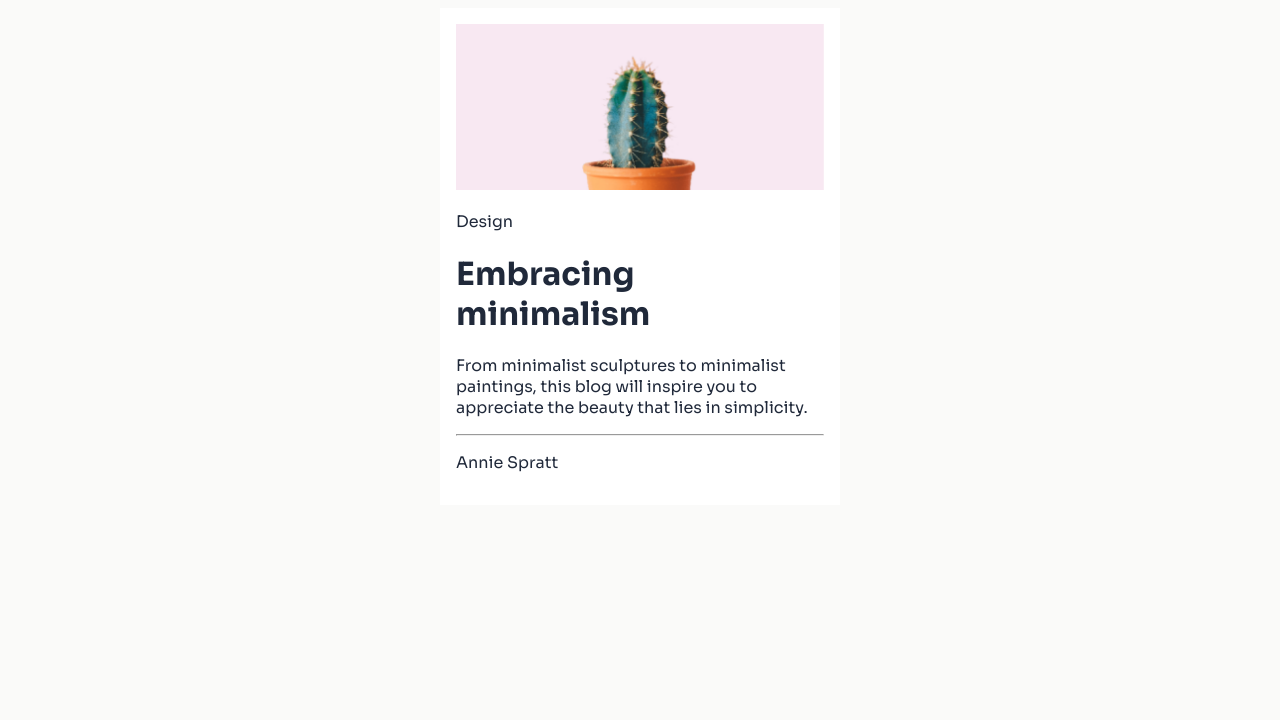
Repository: PCGP22/devChallengesio
Page: 01 - Minimal Blog Card/blogCard.html
An editor plug-in stored every save of this project. The page is shown before and after the next save, followed by the edit.
The browser window is 1280 px wide. The pictures show the whole page.

Above is the page before, as saved 2024-01-01 19:52:30.

After the next save:
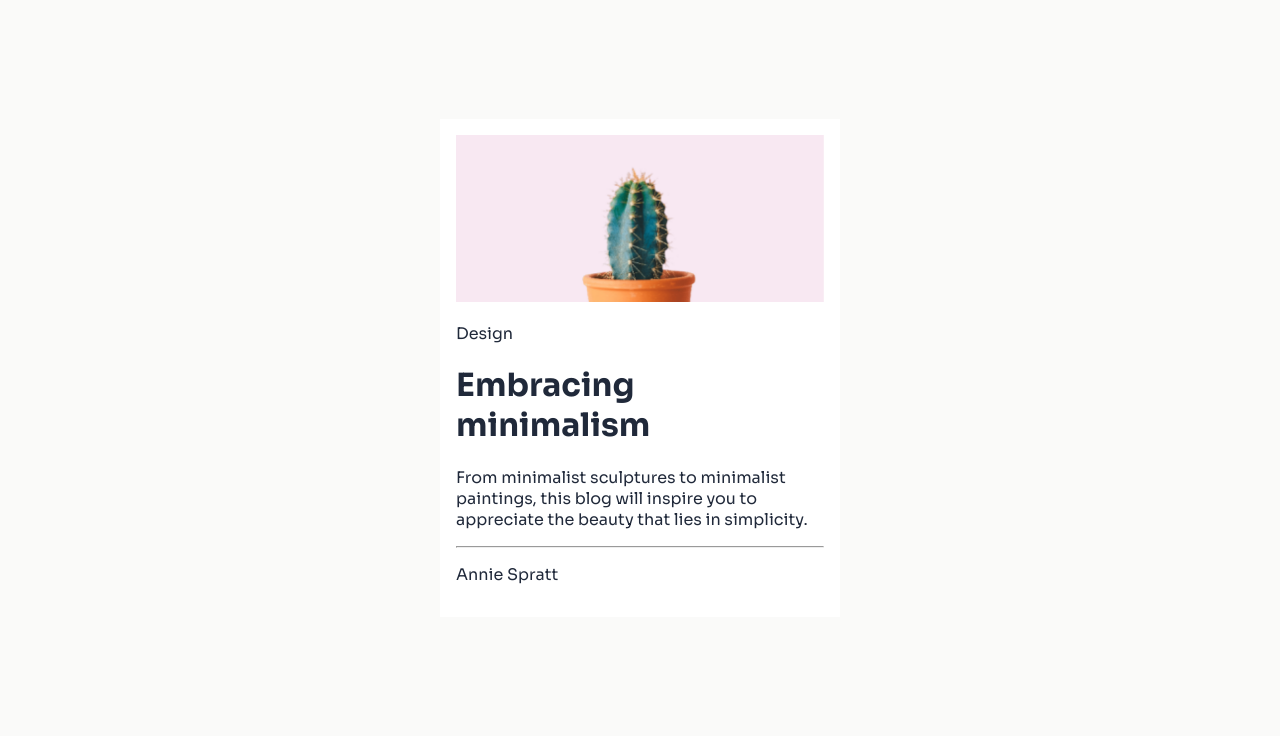
Saved 14 s later.
--- a/01 - Minimal Blog Card/styles.css
+++ b/01 - Minimal Blog Card/styles.css
@@ -20,6 +20,7 @@ body{
     background-color: var(--body_background);
     display: grid;
     place-content: center;
+    min-height: 100svh;
 }
 
 .card{
